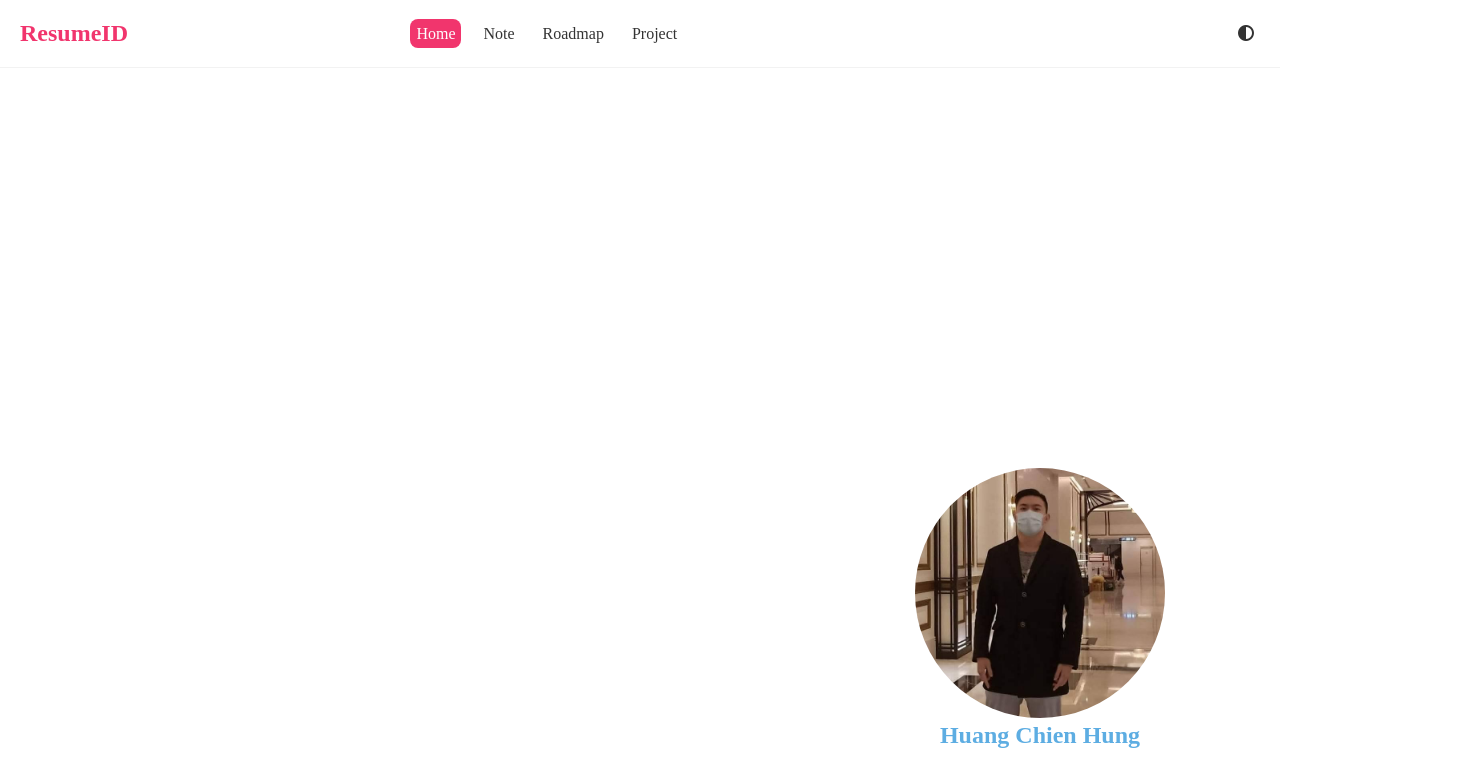
Repository: leo-play-code/ResumeID
Page: /
An editor plug-in stored every save of this project. The page is shown before and after the next save, followed by the edit.
The browser window is 1280 px wide. The page is 1460 px wide, so the pictures cover 1460 px, including what lies to the right of the window. The pictures show the whole page.
Some web libraries are served in a nearby version. The project was rebuilt for these pictures with package versions that can differ from the ones it lists, and the page was loaded fresh each time. Also part of the build but not shown: src/Note/Note.js, src/Roadmap/Roadmap.js, src/Project/Project.js.

Above is the page before, as saved 2022-10-18 14:12:20.

### public/index.html
<!DOCTYPE html>
<html lang="en">
  <head>
    <meta charset="utf-8" />
    <link rel="icon" href="%PUBLIC_URL%/favicon.ico" />
    <meta name="viewport" content="width=device-width, initial-scale=1" />
    <meta name="theme-color" content="#000000" />
    <meta
      name="description"
      content="Web site created using create-react-app"
    />
    <link rel="apple-touch-icon" href="%PUBLIC_URL%/logo192.png" />
    <link rel="manifest" href="%PUBLIC_URL%/manifest.json" />

    <!-- fontawesome -->
    <script src="https://kit.fontawesome.com/14e9a4f90b.js" crossorigin="anonymous"></script>
    <title>React App</title>
  </head>
  <body>
    <noscript>You need to enable JavaScript to run this app.</noscript>
    <div id="root"></div>
  </body>
</html>

### src/index.css
/* base styles */
* {
  margin: 0;
  font-family: "Quicksand";
  color: #333;
}
.navbar {
  padding: 20px;
  display: flex;
  align-items: center;
  max-width: 100%;
  margin: 0 auto;
  border-bottom: 1px solid #f2f2f2;
}
.navbar h1 {
  color: #f1356d;
}
.navbar-center{
  margin-inline: auto;
}
.navbar-center .page-selected{
  color:white;
  background: #f1356d;
  border-radius: 8px;
  pointer-events: none;
}
.navbar .navbar-right {
  margin-left: auto;
}
.navbar a {
  margin-left: 16px;
  text-decoration: none;
  padding: 6px;
}
.navbar a:hover {
  color: #f1356d;
}
.content {
  max-width: 600px;
  margin: 40px auto;
  padding: 20px;
}

/* Home */
.Home .profile-container{
  width:400px;
  height:300px;
  margin-top: 50px;
  margin-right:20px;
  margin-bottom: 20px;
  float:right;
  text-align: center;
}
.Home .profile-container img{
  border-radius: 50%;
  max-width: 250px;
}
.Home .profile-container .MainName{
  color:#5DADE2;
}

.Home .introduction-container{
  width: 600px;
  height:300px ;
  float:left;
}

### src/App.js
import Navbar from './Navbar/Navbar';
import { BrowserRouter as Router,Route,Switch} from 'react-router-dom'
import Home from './Home/Home';
import Note from './Note/Note';
import Roadmap from './Roadmap/Roadmap';
import Project from './Project/Project';

function App(){
    return (
        <Router>
            <div className="App">
            <Navbar />
                <Switch>
                    <Route exact path='/'>
                        <Home />
                    </Route>
                    <Route exact path='/Note'>
                        <Note />
                    </Route>
                    <Route exact path='/Roadmap'>
                        <Roadmap />
                    </Route>
                    <Route exact path='/Project'>
                        <Project />
                    </Route>

                </Switch>
            </div>
        </Router>

    )
}

export default App;

### src/Navbar/Navbar.js
import { useEffect, useState } from 'react';
import {Link} from 'react-router-dom';

function Navbar(){
    const [navbar_state,setPageState] = useState('');
    function ChangeColor(){
        console.log('changecolor')
    }
    function PageSelected(navbar_state){
        setPageState(navbar_state)
    }
    useEffect(()=>{
        const init_url_arr = window.location.href.split('/')
        const init_url_page = init_url_arr[init_url_arr.length-1]
        setPageState(init_url_page)
    })
    return (
        <nav className="navbar">
            <h1>ResumeID</h1>
            <span className='navbar-center'>
                {(navbar_state == '')&& <Link to="/" className='page-selected'>Home</Link>}
                {!(navbar_state == '')&&<Link to="/" onClick={()=>PageSelected('Home')}>Home</Link>}
                {(navbar_state == 'Note')&& <Link to="/Note" className='page-selected'>Note</Link>}
                {!(navbar_state == 'Note')&&<Link to="/Note" onClick={()=>PageSelected('Note')}>Note</Link>}
                {(navbar_state == 'Roadmap')&& <Link to="/Roadmap" className='page-selected'>Roadmap</Link>}
                {!(navbar_state == 'Roadmap')&&<Link to="/Roadmap" onClick={()=>PageSelected('Roadmap')}>Roadmap</Link>}
                {(navbar_state == 'Project')&& <Link to="/Project" className='page-selected'>Project</Link>}
                {!(navbar_state == 'Project')&&<Link to="/Project" onClick={()=>PageSelected('Project')}>Project</Link>}
            </span>
            <div className="navbar-right">
                <a onClick={ChangeColor}><i className="fa-solid fa-circle-half-stroke"></i></a>
            </div>
        </nav>
    )
}

export default Navbar ;

### src/Home/Home.js


function Home(){
    const pic = require('./static/image/selfy.jpg');
    return(
        <div className="Home">
            <div className='profile-container'>
                <div className="introduction-container">

                </div>
                <div className="profile-container">
                    <img src={pic} alt="" />
                    <h2 className='MainName'>Huang Chien Hung</h2>
                </div>
            </div>


        </div>
    )
}


export default Home ;

Loaded but not shown: src/index.js (common file); src/reportWebVitals.js (common file)

After the next save:
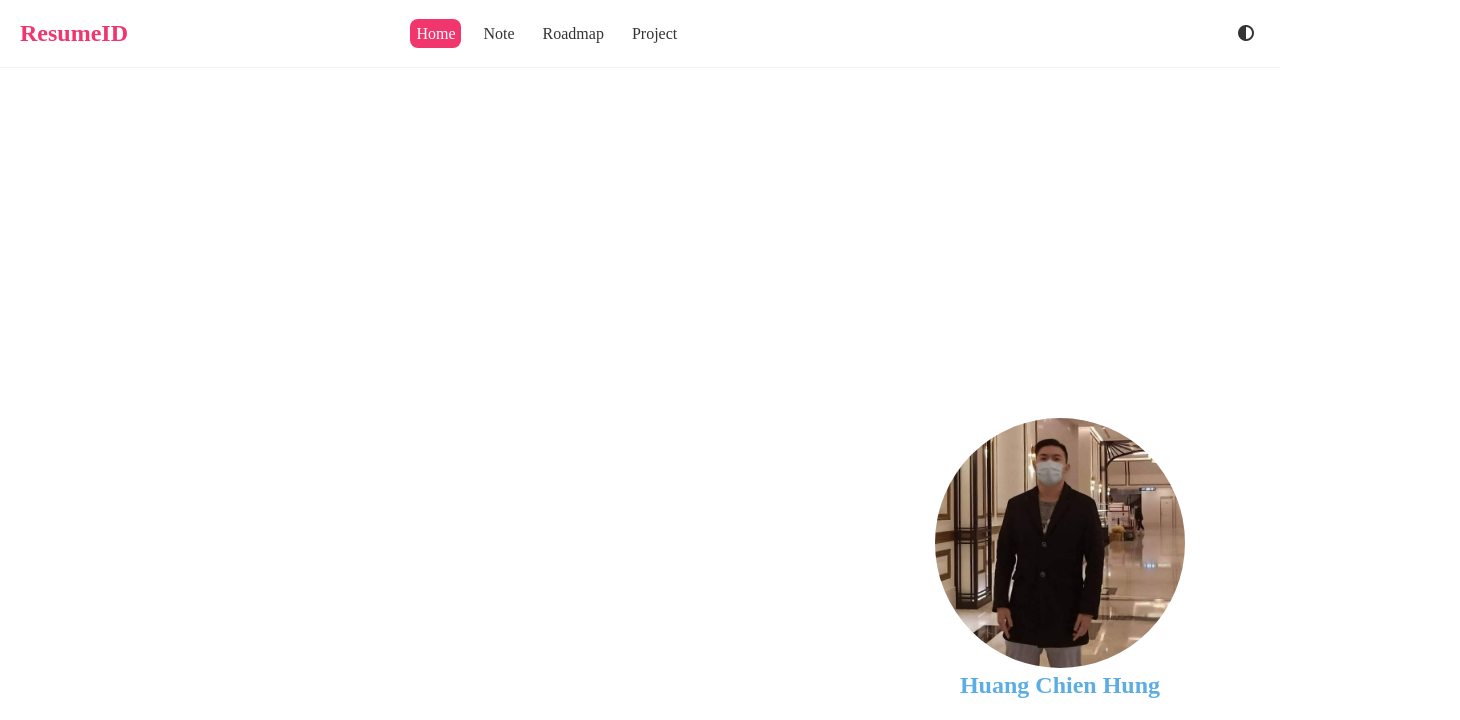
Saved 10 s later.
--- a/src/Home/Home.js
+++ b/src/Home/Home.js
@@ -8,7 +8,7 @@ function Home(){
                 <div className="introduction-container">
 
                 </div>
-                <div className="profile-container">
+                <div className="">
                     <img src={pic} alt="" />
                     <h2 className='MainName'>Huang Chien Hung</h2>
                 </div>
